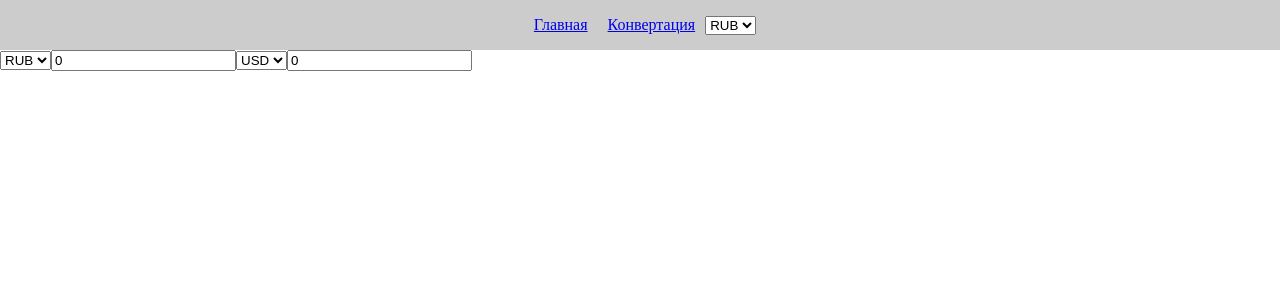
Repository: Friend689/vite-vue-currency-conversion
Page: /convert
The author's editor kept a copy of each file at every save. The page is drawn from the files as they stood at one save, then again after the next save.
The browser window is 1280 px wide. The pictures show the whole page.
The page's requests for data from a server got no answer. The project was rebuilt for these pictures with package versions that can differ from the ones it lists, and the page was loaded fresh each time. No one was signed in, and anything a server would have sent is missing. Also part of the build but not shown: vite.config.js, src/views/Main.vue.

Above is the page before, as saved 2024-09-03 19:46:10.

### src/main.js
import { createApp } from 'vue'
import './style.css'
import App from './App.vue';
import router from './router';

createApp(App).use(router).mount('#app')

### src/style.css
* {
	box-sizing: border-box;
}

html, body, div, span, applet, object, iframe,
h1, h2, h3, h4, h5, h6, p, blockquote, pre,
a, abbr, acronym, address, big, cite, code,
del, dfn, em, img, ins, kbd, q, s, samp,
small, strike, strong, sub, sup, tt, var,
b, u, i, center,
dl, dt, dd, ol, ul, li,
fieldset, form, label, legend,
table, caption, tbody, tfoot, thead, tr, th, td,
article, aside, canvas, details, embed,
figure, figcaption, footer, header, hgroup,
menu, nav, output, ruby, section, summary,
time, mark, audio, video {
	margin: 0;
	padding: 0;
	border: 0;
	font-size: 100%;
	font: inherit;
	vertical-align: baseline;
}

html, body, #app {
	height: 100vh;
	width: 100vw;
}
/* HTML5 display-role reset for older browsers */
article, aside, details, figcaption, figure,
footer, header, hgroup, menu, nav, section {
	display: block;
}
body {
	line-height: 1;
}
ol, ul {
	list-style: none;
}
blockquote, q {
	quotes: none;
}
blockquote:before, blockquote:after,
q:before, q:after {
	content: '';
	content: none;
}
table {
	border-collapse: collapse;
	border-spacing: 0;
}

main {
	width: 100%;
  height: 100%;
}

.h-100 {
	height: 100%;
}

### src/App.vue
<script setup>
import { ref, onMounted } from "vue";
import Header from "@/components/ui/Header.vue";

const rates = ref({});
const currencies = ref(['USD', 'EUR', 'RUB']);
const selectedCurrency = ref('RUB');

const changeCurrency = (currency) => {
  selectedCurrency.value = currency;
  getCurrencies();
};

const getCurrencies = () => {
  fetch("https://status.neuralgeneration.com/api/currency")
    .then(response => response.json())
    .then(data => {
      rates.value = {};
      for (const pair in data) {
        const [from, to] = pair.split('-');
        if (from === selectedCurrency.value.toLowerCase()) {
          rates.value[to] = data[pair].toFixed(2);
        } else if (to === selectedCurrency.value.toLowerCase()) {
          rates.value[from] = (1 / data[pair]).toFixed(2);
        }
      }
    });
}

onMounted(() => {
  getCurrencies();
})
</script>

<template>
  <div class="main-wrap">
    <Header @change-currency="changeCurrency" />
    <main>
      <router-view :rates="rates" :currencies="currencies" />
    </main>
  </div>
</template>

<style scoped>
.main-wrap {
  /* height: 100%; */
  display: flex;
  flex-direction: column;
}

main {
  flex-grow: 1;
}
</style>

### src/router/index.js
import { createRouter, createWebHistory } from 'vue-router'

import Main from '@/views/Main.vue';
import Convert from '@/views/Convert.vue';


const routes = [
  { path: '/', component: Main },
  { path: '/convert', component: Convert },
]

export default createRouter({
  history: createWebHistory(),
  routes,
})

### src/components/ui/Header.vue
<script setup>
import { ref } from "vue";

const currencies = ref(["USD", "EUR", "RUB"]);
const selectedCurrency = ref("RUB");

const emit = defineEmits(["change-currency"])

const changeCurrency = () => {
  emit("change-currency", selectedCurrency.value)
}

</script>

<template>
  <header>
    <router-link to="/">Главная</router-link>
    <router-link to="/convert">Конвертация</router-link>
    <select v-model="selectedCurrency" @change="changeCurrency">
      <option v-for="currency in currencies" :key="currency" :value="currency">{{ currency }}</option>
    </select>
  </header>
</template>

<style scoped>
header {
  height: 50px;
  background-color: #ccc;
  display: flex;
  align-items: center;
  justify-content: center;
  padding: 0 10px;
}
header a {
  margin: 0 10px;
}
</style>

### src/views/Convert.vue
<script setup>
import { ref } from "vue";

const props = defineProps([
  "currencies",
  "rates"
]);

const fromCurrency = ref('RUB');
const toCurrency = ref('USD');
const fromValue = ref(0);
const toValue = ref(0);
const error = ref('');

const convert = () => {
  if (isNaN(fromValue.value) || isNaN(toValue.value)) {
    error.value = "Пожалуйста, введите числовое значение";
    return;
  }
  const fromRate = props.rates[fromCurrency];
  const toRate = props.rates[toCurrency];
  if (fromValue) {
    toValue.value = (fromValue.value / fromRate) * toRate;
  } else {
    fromValue.value = (toValue.value / toRate) * fromRate;
  }
  toValue.value = Number(toValue.value.toFixed(2));
  fromValue.value = Number(fromValue.value.toFixed(2));
  error.value = "";
}
</script>

<template>
  <div class="page-convert">
    <form>
      <div>
        <select v-model="fromCurrency">
          <option v-for="currency in currencies" :key="currency" :value="currency">{{ currency }}</option>
        </select>
        <input type="number" v-model="fromValue" @input="convert" />
      </div>
      <div>
        <select v-model="toCurrency">
          <option v-for="currency in currencies" :key="currency" :value="currency">{{ currency }}</option>
        </select>
        <input type="number" v-model="toValue" @input="convert" />
      </div>
    </form>
    <p v-if="error">{{ error }}</p>
  </div>
</template>

<style scoped>
.page-convert {}
form {
  display: flex;
}
</style>

Loaded but not shown: index.html (common file)

After the next save:
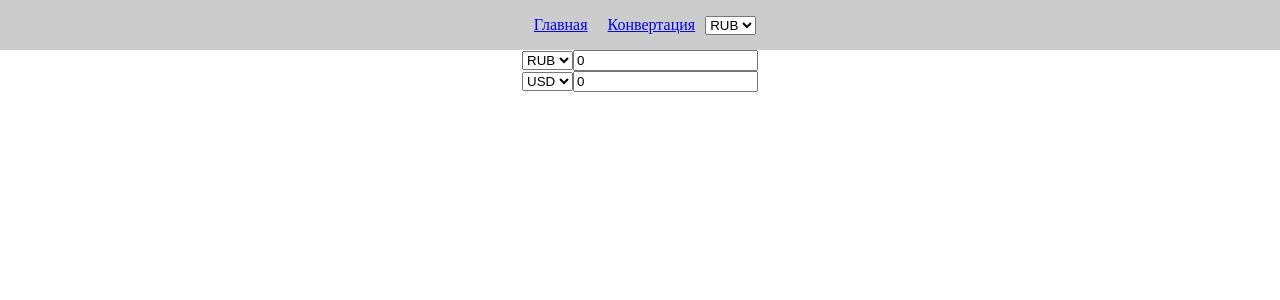
Saved 9 s later.
--- a/src/views/Convert.vue
+++ b/src/views/Convert.vue
@@ -54,5 +54,7 @@ const convert = () => {
 .page-convert {}
 form {
   display: flex;
+  flex-direction: column;
+  align-items: center;
 }
 </style>
